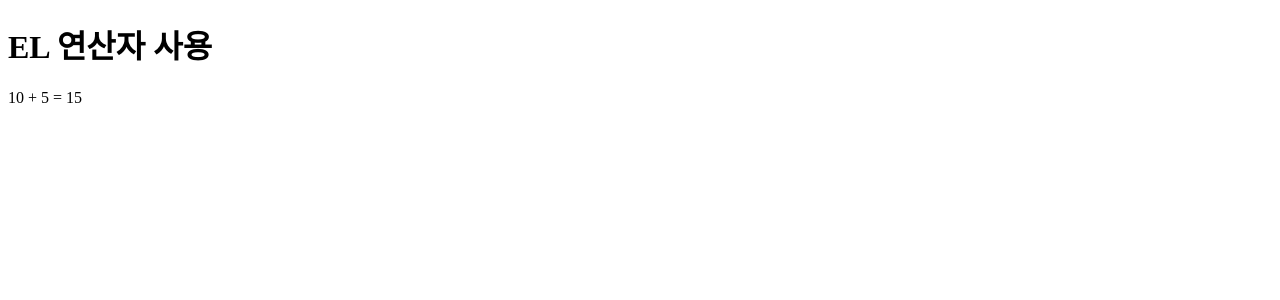
Repository: HwangEojin/homework
Page: http://localhost/day03/elTest.jsp
These files come from the project's save history. The page is drawn as it stood at one moment and after the next save; the edit follows.
The browser window is 1280 px wide. The pictures show the whole page.
The page is served by Tomcat 9. Other server files are loaded and not shown.

Above is the page before, as saved 2025-01-14 05:23:26.

### week09/day03/src/main/webapp/elTest.jsp
<%@ page language="java" contentType="text/html; charset=UTF-8"
    pageEncoding="UTF-8"%>
<!DOCTYPE html>
<html>
<head>
<meta charset="UTF-8">
<title>Insert title here</title>
</head>
<body>
	<h1>EL 연산자 사용</h1>
	<p>10 + 5 = ${10 + 5}</p>

</body>
</html>

After the next save:
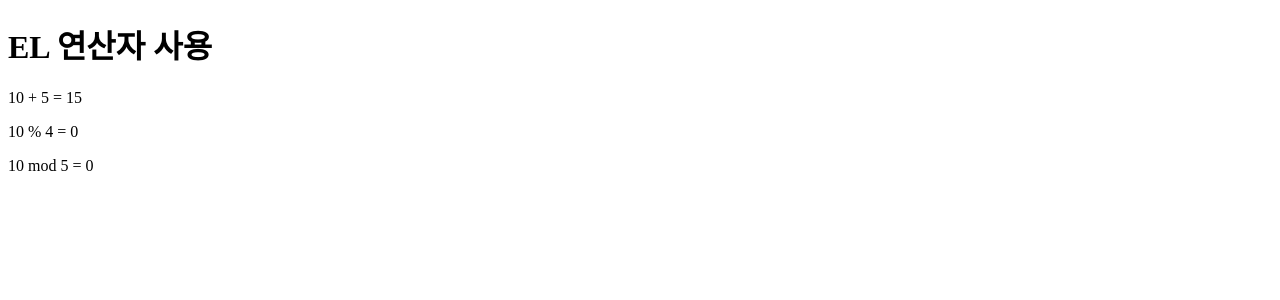
Saved 29 s later.
--- a/week09/day03/src/main/webapp/elTest.jsp
+++ b/week09/day03/src/main/webapp/elTest.jsp
@@ -9,6 +9,8 @@
 <body>
 	<h1>EL 연산자 사용</h1>
 	<p>10 + 5 = ${10 + 5}</p>
+	<p>10 % 4 = ${10 % 5}</p>
+	<p>10 mod 5 = ${10 mod 5}</p>
 
 </body>
 </html>
